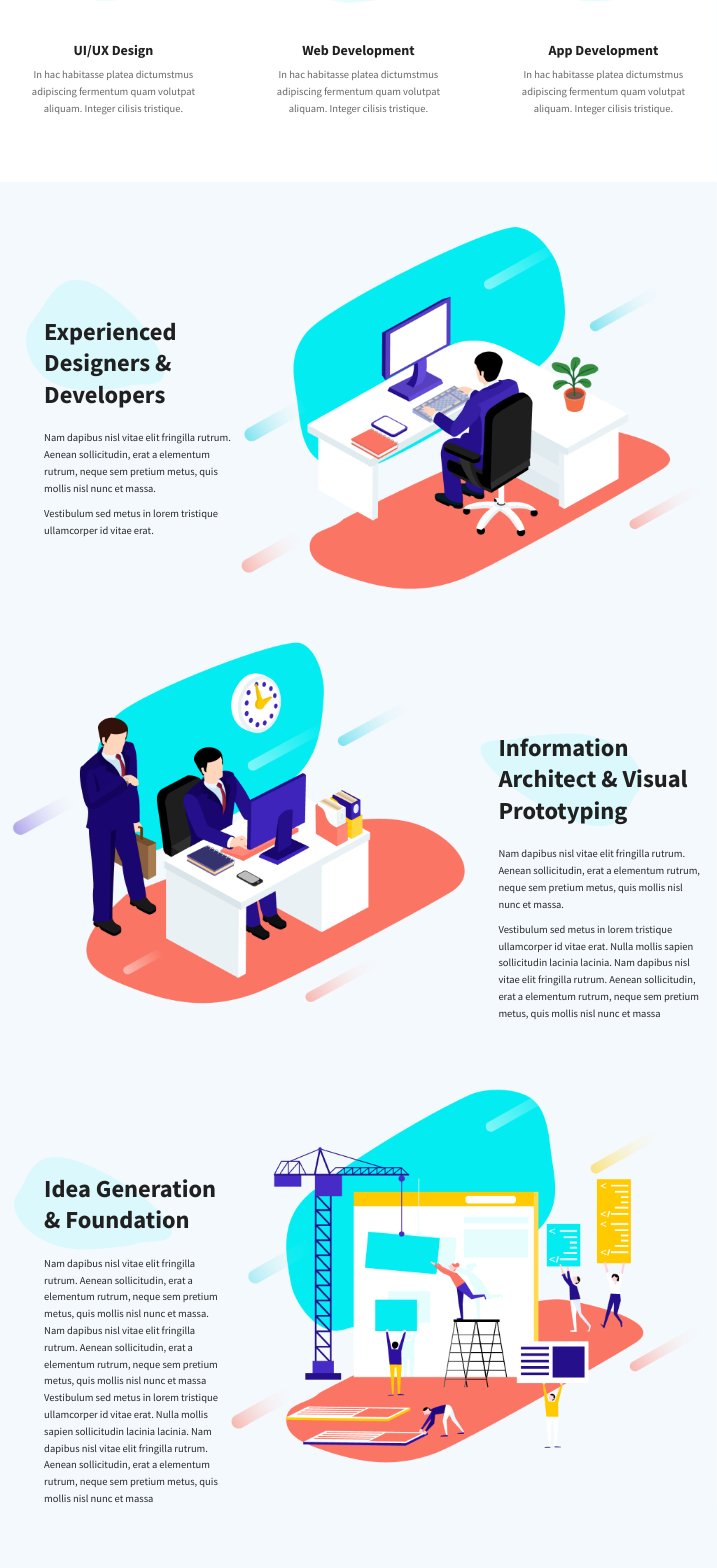
Repository: advert31337/marafon_from0to1_MartaUP
Page: index.html
The author's editor kept a copy of each file at every save. The page is drawn from the files as they stood at one save, then again after the next save.
The browser window is 1024 px wide. The pictures show the part of the page from y = 1112 to 3352 px (the page is 3352 px tall before and 2986 px after), at 70% of full size.

Above is the page before, as saved 2020-03-08 17:33:05.

### index.html
<!DOCTYPE html>
<html lang="en">

<head>
    <meta charset="UTF-8">
    <meta name="viewport" content="width=device-width, initial-scale=1.0">
    <title>Marafon MartaUP</title>
    <link href="https://fonts.googleapis.com/css?family=Source+Sans+Pro:400,600,700&display=swap" rel="stylesheet">
    <link rel="stylesheet" href="css/reset.css">
    <link rel="stylesheet" href="css/slick.css">
    <link rel="stylesheet" href="css/style.css">
</head>

<body>
    <header class="header">

        <div class="container">
            <div class="header__top">

                <div class="logo">
                    <a href="#!">+
                        <img src="images/logo.svg" alt="">
                    </a>
                </div>

                <nav class="menu">
                    <div class="menu__btn">
                        <span>

                        </span>
                    </div>
                    <ul class="menu__list">
                        <li><a class="menu__list-item" href="#">home</a></li>
                        <li><a class="menu__list-item" href="#">work</a></li>
                        <li><a class="menu__list-item" href="#">about</a></li>
                        <li><a class="menu__list-item" href="#">contact</a></li>
                    </ul>
                </nav>

                <div class="header-btn">
                    <a class="login" href="#">login</a>
                    <a class="sign-up" href="#">sign up</a>
                </div>

            </div>

            <div class="header-slider">
                <div class="header-slider__item">
                    <div class="header-slider__item-content">

                        <div class="header-slider__item-info">
                            <h3 class="header-slider__title">
                                We Build Apps & Websites
                                for Your Business
                            </h3>
                            <div class="header-slider__description">
                                For startups, For businesses & For you
                            </div>
                            <a href="" class="header-slider__btn">Request a quote</a>
                        </div>

                        <div class="header-slider__item-images">
                            <img src="images/slider-img.png" alt="">
                        </div>
                    </div>
                </div>


                <div class="header-slider__item">
                    <div class="header-slider__item-content">

                        <div class="header-slider__item-info">
                            <h3 class="header-slider__title">
                                We Build Apps & Websites
                                for Your Business
                            </h3>
                            <div class="header-slider__description">
                                For startups, For businesses & For you
                            </div>
                            <a href="" class="header-slider__btn">Request a quote</a>
                        </div>

                        <div class="header-slider__item-images">
                            <img src="images/slider-img.png" alt="">
                        </div>
                    </div>
                </div>


                <div class="header-slider__item">
                    <div class="header-slider__item-content">

                        <div class="header-slider__item-info">
                            <h3 class="header-slider__title">
                                We Build Apps & Websites
                                for Your Business
                            </h3>
                            <div class="header-slider__description">
                                For startups, For businesses & For you
                            </div>
                            <a href="" class="header-slider__btn">Request a quote</a>
                        </div>

                        <div class="header-slider__item-images">
                            <img src="images/slider-img.png" alt="">
                        </div>
                    </div>
                </div>


                <div class="header-slider__item">
                    <div class="header-slider__item-content">

                        <div class="header-slider__item-info">
                            <h3 class="header-slider__title">
                                We Build Apps & Websites
                                for Your Business
                            </h3>
                            <div class="header-slider__description">
                                For startups, For businesses & For you
                            </div>
                            <a href="" class="header-slider__btn">Request a quote</a>
                        </div>

                        <div class="header-slider__item-images">
                            <img src="images/slider-img.png" alt="">
                        </div>
                    </div>
                </div>


                <div class="header-slider__item">
                    <div class="header-slider__item-content">

                        <div class="header-slider__item-info">
                            <h3 class="header-slider__title">
                                We Build Apps & Websites
                                for Your Business
                            </h3>
                            <div class="header-slider__description">
                                For startups, For businesses & For you
                            </div>
                            <a href="" class="header-slider__btn">Request a quote</a>
                        </div>

                        <div class="header-slider__item-images">
                            <img src="images/slider-img.png" alt="">
                        </div>
                    </div>
                </div>
            </div>

        </div>

    </header>

    <section class="specialised">
        <div class="container">
            <div class="specialised__title title">
                We are specialised in
            </div>
            <div class="specialised__items">
                <div class="specialised__item">
                    <div class="specialised__item-img">
                        <img src="images/specialise-1.svg" alt="">
                    </div>

                    <div class="specialise__item-title">
                        UI/UX Design
                    </div>
                    <div class="specialise__item-text">
                        In hac habitasse platea dictumstmus adipiscing fermentum quam volutpat aliquam. Integer cilisis tristique.
                    </div>
                </div>
                <div class="specialised__item">
                    <div class="specialised__item-img">
                        <img src="images/specialise-2.svg" alt="">
                    </div>
                    <div class="specialise__item-title">
                        Web Development
                    </div>
                    <div class="specialise__item-text">
                        In hac habitasse platea dictumstmus adipiscing fermentum quam volutpat aliquam. Integer cilisis tristique.
                    </div>
                </div>
                <div class="specialised__item">
                    <div class="specialised__item-img">
                        <img src="images/specialise-3.svg" alt="">
                    </div>
                    <div class="specialise__item-title">
                        App Development
                    </div>
                    <div class="specialise__item-text">
                        In hac habitasse platea dictumstmus adipiscing fermentum quam volutpat aliquam. Integer cilisis tristique.
                    </div>
                </div>
            </div>
        </div>
    </section>

    <section class="advantages">
        <div class="container">

            <div class="advantages-box">
                <div class="advantages-box__info">
                    <div class="advantages-box__title">
                        Experienced Designers & Developers
                    </div>
                    <div class="advantages-box__text">
                        <p>
                            Nam dapibus nisl vitae elit fringilla rutrum. Aenean sollicitudin, erat a elementum rutrum, neque sem pretium metus, quis mollis nisl nunc et massa.
                        </p>
                        <p>
                            Vestibulum sed metus in lorem tristique ullamcorper id vitae erat.
                        </p>
                    </div>
                </div>

                <div class="advantages-box__img">
                    <img src="images/advantages-1.png" alt="">
                </div>
            </div>

            <div class="advantages-box advantages-box--right">
                <div class="advantages-box__info">
                    <div class="advantages-box__title">
                        Information Architect &
                        Visual Prototyping
                    </div>
                    <div class="advantages-box__text">
                        <p>
                            Nam dapibus nisl vitae elit fringilla rutrum. Aenean sollicitudin, erat a elementum rutrum, neque sem pretium metus, quis mollis nisl nunc et massa.
                        </p>
                        <p>
                            Vestibulum sed metus in lorem tristique ullamcorper id vitae erat. Nulla mollis sapien sollicitudin lacinia lacinia. Nam dapibus nisl vitae elit fringilla rutrum. Aenean sollicitudin, erat a elementum rutrum, neque sem pretium metus, quis mollis nisl nunc et massa
                        </p>
                    </div>
                </div>
                <div class="advantages-box__img">
                    <img src="images/advantages-2.png" alt="">
                </div>
            </div>

            <div class="advantages-box">
                <div class="advantages-box__info advantages-box__info--bg">
                    <div class="advantages-box__title">
                        Idea Generation & Foundation
                    </div>
                    <div class="advantages-box__text">
                        <p>
                            Nam dapibus nisl vitae elit fringilla rutrum. Aenean sollicitudin, erat a elementum rutrum, neque sem pretium metus, quis mollis nisl nunc et massa. Nam dapibus nisl vitae elit fringilla rutrum. Aenean sollicitudin, erat a elementum rutrum, neque sem pretium metus, quis mollis nisl nunc et massa    Vestibulum sed metus in lorem tristique ullamcorper id vitae erat. Nulla mollis sapien sollicitudin lacinia lacinia. Nam dapibus nisl vitae elit fringilla rutrum. Aenean sollicitudin, erat a elementum rutrum, neque sem pretium metus, quis mollis nisl nunc et massa
                        </p>
                    </div>
                </div>

                <div class="advantages-box__img">
                    <img src="images/advantages-3.png" alt="">
                </div>
            </div>
        </div>
    </section>

    <!-- <section class="reviews">
        <div class="container">
            <div class="reviews__title title">
                Don’t Just Take Our Words
            </div>
            <div class="reviews__items">

                <div class="reviews__item">
                    <div class="reviews__item-head">
                        <img src="images/rev-1.jpg" alt="">
                        <div class="reviews__item-info">
                            <div class="reviews__item-name">
                                Arakat Bank
                            </div>
                            <div class="reviews__item-position">
                                International Bank Ltd.
                            </div>
                        </div>
                    </div>
                    <div class="reviews__item-text">
                        Fusce vehicula dolor arcu, sit amet blandit dolor mollis nec. Donec viverra eleifend lacus, vitae ullamcorper metus. Sed sollicitudin ipsum.
                    </div>
                </div>

                <div class="reviews__item">
                    <div class="reviews__item-head">
                        <img src="images/rev-2.jpg" alt="">
                        <div class="reviews__item-info">
                            <div class="reviews__item-name">
                                Chrsitopher Company Ltd.
                            </div>
                            <div class="reviews__item-position">
                                Design & Development
                            </div>
                        </div>
                    </div>
                    <div class="reviews__item-text">
                        Fusce vehicula dolor arcu, sit amet blandit dolor mollis nec. Donec viverra eleifend lacus, vitae ullamcorper metus. Sed sollicitudin ipsum.
                    </div>
                </div>

                <div class="reviews__item">
                    <div class="reviews__item-head">
                        <img src="images/rev-3.jpg" alt="">
                        <div class="reviews__item-info">
                            <div class="reviews__item-name">
                                Jigsawlab Studio Inc.
                            </div>
                            <div class="reviews__item-position">
                                Interactive Prototyping
                            </div>
                        </div>
                    </div>
                    <div class="reviews__item-text">
                        Fusce vehicula dolor arcu, sit amet blandit dolor mollis nec. Donec viverra eleifend lacus, vitae ullamcorper metus. Sed sollicitudin ipsum.
                    </div>
                </div>

            </div>
        </div>
    </section> -->

    <!-- <footer class="footer">
        <div class="container">
            <div class="footer__inner">
                <div class="footer__link">
                    <a href="#">About Martaup</a>
                    <a href="#">Help</a>
                    <a href="#">Privacy Policy</a>
                </div>
                <div class="footer__copy">
                    © 2013-2018 All rights reserved.
                </div>
            </div>
        </div>
    </footer> -->


    <script src="https://ajax.googleapis.com/ajax/libs/jquery/3.4.1/jquery.min.js"></script>
    <script src="js/slick.min.js"></script>
    <script src="js/main.js"></script>
</body>

</html>

### css/style.css
*{
    box-sizing: border-box;
}

body {
    font-family: 'Source Sans Pro', sans-serif;
    font-size: 15px;
    line-height: 24px;
}

a {
    text-decoration: none;
    color: inherit;
}
.header {
    background-image: url('../images/header-bg.jpg');
    min-height: 793px;
    background-repeat: no-repeat;
    background-size: cover;
    background-position: top center;
}

.container {
    max-width: 1200px;
    margin: 0 auto;
    padding: 0 15px 0 15px;

}

.header__top {
    display: flex;
    justify-content: space-between;
    height: 100px;
    align-items: center;
}

.menu__list {
    display: flex;
}

.menu__list li + li {
    padding-left: 50px;

}

.login {
    margin-right: 44px;
    color: #fff;
    text-transform: uppercase;
    font-weight: 600;
}

.menu__list a{
    opacity: 0.5;
    color: #fff;
    font-weight: 600;
    text-transform: uppercase;
    transition: all 0.5s;
}

.menu__list a:hover {
    opacity: 1;
}

.sign-up {
    text-transform: uppercase;
    color: #250f8a;
    font-weight: 600;
    background-color: #fff;
    padding: 8px 43px;
    border-radius: 20px;

}

.header-slider {
    padding-top: 111px;
}
.header-slider__item {

}
.header-slider__item-content {
    display: flex;
    justify-content: space-between;
}
.header-slider__item-info {
    max-width: 506px;
    color:#fff;
}
.header-slider__title {
    font-weight: 700;
    font-size: 45px;
    line-height: 60px;
    margin-bottom: 10px;
}
.header-slider__description {
    line-height: 55px;
    font-size: 24px;
    margin-bottom: 60px;
}
.header-slider__btn {
    font-weight: 600;
    text-transform: uppercase;
    color: #250F8A;
    padding: 13px 39px;
    background-color: #FFCA00;
    border-radius: 25px;
}
.header-slider__item-images {
    margin: 10px 82px 0 0;
}

.header-dots{
    list-style: none;
    position: absolute;
    right: 0;
    top: 50%;
    transform: translateY(-50%)
}

.header-dots button {
    border: none;
    background-color: #fff;
    opacity: 0.5;
    font-size: 0;
    padding: 0;
    width: 7px;
    height: 7px;
    border-radius: 3.5px;
    cursor: pointer;
    outline: none;
    margin: 10px auto;
    display: block;
}

.header-dots .slick-active button{
    width: 15px;
    opacity: 1;
}

.specialised{
    padding: 55px 0 93px;
    background-image: url(../images/special-bg.svg);
    background-position: left bottom;
    background-repeat: no-repeat;
    color: #202020;
    text-align: center;
}

.specialised__title {
    margin-bottom: 96px;
}
.title {
    font-size: 35px;
    line-height: 45px;
    font-weight: 700;
    text-align: center;
}

.specialised__items {
    display: flex;
    justify-content: space-between;
    max-width: 980px;
    margin: 0 auto;

}
.specialised__item {
    width: 280px;
}
.specialised__item-img {
    margin-bottom: 23px;
    min-height: 159px;
}
.specialise__item-title {
    margin-bottom: 11px;
    font-size: 20px;
    font-weight: 700;
}
.specialise__item-text {
   padding: 0 10px;
   color: #272727;
   opacity: 0.7;
}


.advantages {
    padding-top: 64px;
    background: #f4f9fd;
    background-image: url(../images/advantages-bg.svg);
    background-repeat: no-repeat;
    background-position: center right;
}

.advantages-box {
    display: flex;
    justify-content: space-between;
    padding-bottom: 76px;
}

 .advantages-box--right .advantages-box__info{
    order: 1;
    background-image: url(../images/title-bg-2.svg);
    background-position: 22px 130px;
}
.advantages-box__info {
    max-width: 455px;
    padding-top: 60px;
    background-image: url(../images/title-bg-1.svg);
    background-repeat: no-repeat;
    background-position: 22px 76px;
}

.advantages-box__info--bg{
    background-image: url(../images/title-bg-3.svg);
    background-position: 5px 105px;
}


.advantages-box__title {
    color: #202020;
    font-size: 35px;
    line-height: 45px;
    font-weight: 700;
    padding: 68px 0 15px 48px;

}
.advantages-box__text {
    padding-left: 48px;
    color: #272727;
}

.advantages-box__text p{
    margin: 12px 0;
}


.reviews {
    background-image: url(../images/reviews-bg.jpg);
    background-repeat: no-repeat;
    background-position: top center;
    background-size: cover;
    padding: 38px 53px;
}

.reviews__title {
    color: #fff;
    margin: 0 auto 48px;
    max-width: 384px;
}
.reviews__items {
    max-width: 940px;
    margin: 0 auto;
    display: flex;
    justify-content: space-between;
}
.reviews__item {
    width: 300px;
    border-radius: 5px;
    background-color: rgba(255, 255, 255, .2);
    padding: 35px 20px;
    color: #fff;
}
.reviews__item-head {
    margin-bottom: 13px;
    display: flex;
}

.reviews__item-head img{
    border-radius: 50%;
    margin-right: 20px;
}

.reviews__item-name {
    font-weight: 600;
}
.reviews__item-position {
    opacity: .5;
}
.reviews__item-text {
    text-align: center;
    padding-top: 39px;
    position: relative;
}

.reviews__item-text::before{
    content: "“";
    font-size: 40px;
    line-height: 55px;
    font-weight: 700;
    position: absolute;
    top: 0;
    left: 0;
    right: 0;
}

.footer{

}

.footer__inner {
    display: flex;
    justify-content: space-between;
    align-items: center;
    height: 61px;
    color: #272727;
    padding: 0 40px;
}
.footer__link a + a {
    margin-left: 20px;
}




@media (max-width: 1620px){
    .advantages{
        background-image: none;
    }
}


@media (max-width: 1201px){
    .specialised{
        background-size: 60px;
    }
}

@media (max-width: 1190px){
    .header-slider__item-images{
        margin: 50px 20px 0 0;
    }
    .header-slider__item-images img{
        width: 80%;
    }
    .header-slider__item-info{
        padding: 50px 0;
    }

    .header-slider{
        padding-top: 25px;
    }

    .advantages-box__images img{
        width: 80%
    }
}

@media (max-width: 1080px){
    .specialised{
        background-image: none;
    }
}


@media (max-width: 924px){
    .header__top{
        flex-wrap: wrap;
    }

    .header-btn{
        width: 100%;
        text-align: right;
    }

    .login{
        margin-right: 30px;
    }

}

@media (max-width: 900px){
    .header-slider__item-images{
        display: none;
    }
}

@media (max-width: 775px) {
    .specialised{
        padding: 20px 0 40px;
    }

    .specialised__title{
        margin-bottom: 40px;
    }

    .specialised__items{
        flex-wrap: wrap;
    }

    .specialised__item{
        width: 50%;
        margin-bottom: 20px;
    }
}

@media (max-width: 570px) {
    .menu__list{
        display: none;
        position: absolute;
        top: 120px;
        left: 0;
        text-align: center;
        width: 100%;
        background-color: #1a50a8;
        z-index: 5;
    }

    .menu__list li + li{
        padding-left: 0;
    }

    .menu__list a{
        display: block;
        padding: 10px;
    }

    .menu__btn{
        width: 30px;
        height: 20px;
        position: relative;

    }

    .menu__btn span{
        width: 100%;
        height: 2px;
        background-color: #fff;
        top:9px;
        position: absolute;
    }

    .menu__btn::after,
    .menu__btn::before{
        content: "";
        height: 2px;
        width: 100%;
        background-color: #fff;
        position: absolute;
    }

    .menu__btn::after{
        top: 0;
    }

    .menu__btn::before{
        bottom: 0;
    }

    .header-slider__item-info{
        padding: 10px 30px 10px 0;
    }

    .header{
        min-height: 580px;
    }

    .header-slider__description{
        margin-bottom: 20px;
        font-size: 20px;
        line-height: 35px;
    }

    .header-slider__title{

        font-size: 35px;
        line-height: 45px;

    }


    .specialised__items{
        display: block;
    }

    .specialised__item{
        width: 100%;

    }

    .title{
        font-size: 30px;
        line-height: 40px;
    }



}

@media (min-width: 570px){
    .menu__list{
        display: flex !important;
    }

}

### js/main.js
$(function(){
    $('.header-slider').slick({
        arrows: false,
        vertical: true,
        dots: true,
        dotsClass: 'header-dots',
        autoplay: 2000,

    })

    $('.menu__btn').on('click', function(){
        $('.menu__list').slideToggle()
    })
})

Loaded but not shown: css/reset.css (common file); css/slick.css (common file); js/slick.min.js (library)

After the next save:
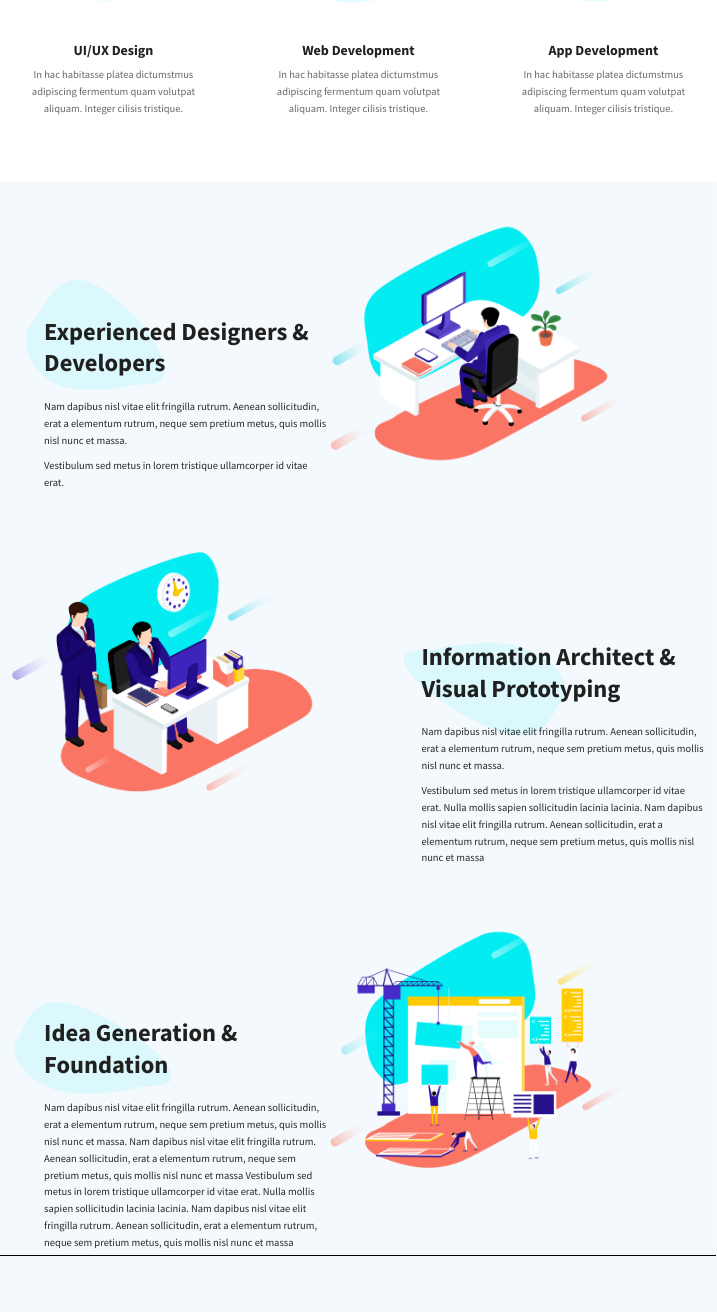
Saved 39 s later.
--- a/css/style.css
+++ b/css/style.css
@@ -339,7 +339,7 @@ a {
         padding-top: 25px;
     }
 
-    .advantages-box__images img{
+    .advantages-box__img img{
         width: 80%
     }
 }
